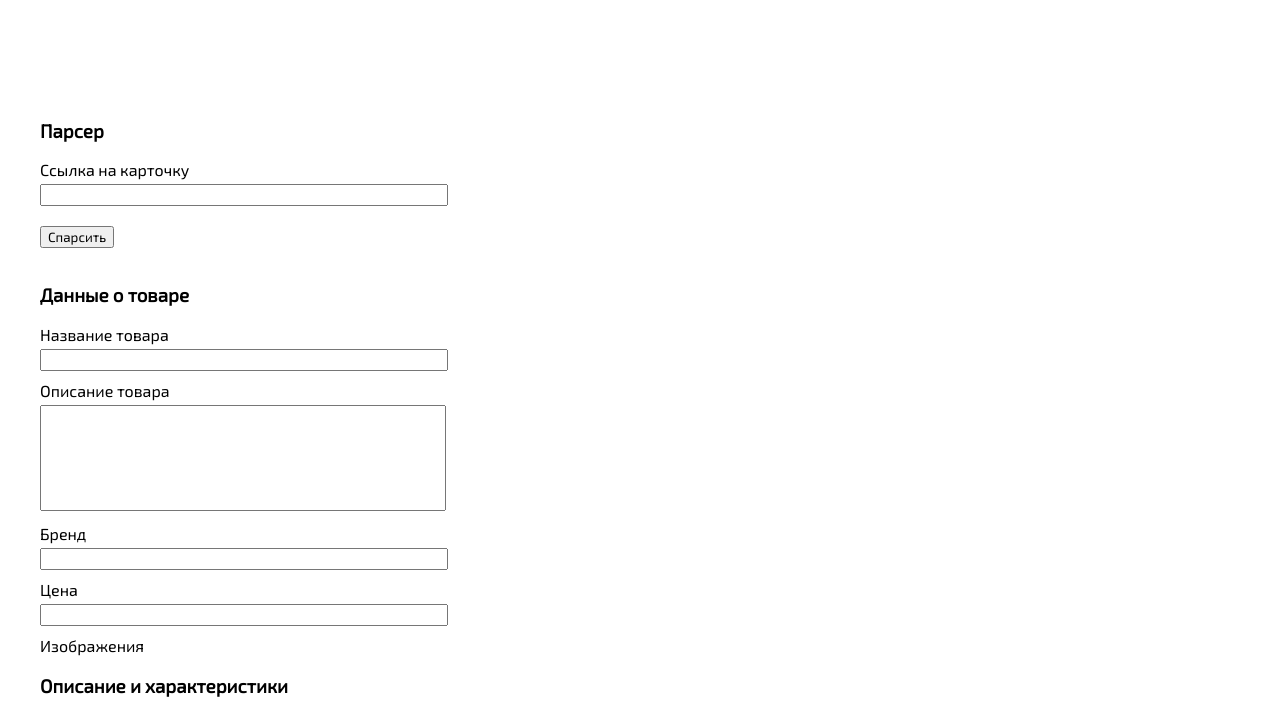
Repository: yozuul/wildberries-product-card-parser-api-exchange
Page: public/index.html
These files come from the project's save history. The page is drawn as it stood at one moment and after the next save; the edit follows.
The browser window is 1280 px wide. The pictures show the whole page.

Above is the page before, as saved 2021-08-18 18:26:06.

### public/index.html
<!DOCTYPE html>
<html lang="en">
<head>
   <meta charset="UTF-8">
   <meta http-equiv="X-UA-Compatible" content="IE=edge">
   <meta name="viewport" content="width=device-width, initial-scale=1.0">
   <title>Document</title>
   <link rel="stylesheet" href="style.css">
</head>
<body>
   <div class="formWrapper">
      <div class="parseForm">
         <h3>Парсер</h3>
         <form name="parseForm">
            <p>Ссылка на карточку</p>
            <input type="text" id="cardURL">
            <button id="parseData">Спарсить</button>
         </form>
      </div>
      <form name="productForm">
      <div class="formWrapper_left">
         <div class="productForm">
         <h3>Данные о товаре</h3>
            <div class="inputWrapper">
               <p>Название товара</p>
               <input type="text" name="productName" id="productName">
            </div>
            <div class="inputWrapper">
               <p>Описание товара</p>
               <textarea name="productDesc" id="productDesc"></textarea>
            </div>
            <div class="inputWrapper">
               <p>Бренд</p>
               <input type="text" name="productBrand" id="productBrand">
            </div>
            <div class="inputWrapper">
               <p>Цена</p>
               <input type="text" name="productPrice" id="productPrice">
            </div>
            <div class="inputWrapper">
               <p>Изображения</p>

            </div>
         </div>
      </div>
      <div class="formWrapper_right">
         <h3>Описание и характеристики</h3>

      </div>
   </form>
   </div>
   <script src="index.js"></script>
</body>
</html>

### public/style.css
@import url('https://fonts.googleapis.com/css2?family=Exo+2&display=swap');

* {
   font-family: 'Exo 2', sans-serif;
}

body {
   padding: 0;
   margin: 0;
}
.formWrapper {
   max-width: 1200px;
   margin: auto;
   margin-top: 100px;
}
.parseForm {
   display: flex;
   flex-wrap: wrap;
   max-width: 400px;
}
.parseForm input {
   width: 400px;
   margin-bottom: 20px;
}
.productForm {
   margin-top: 35px;
}
.productForm input, .productForm textarea {
   width: 400px;
}
.productForm textarea {
   height: 100px;
   resize: none;
}
.formWrapper p {
   margin-bottom: 5px;
   margin-top: 0;
}
.inputWrapper {
   margin-bottom: 10px;
}

Loaded but not shown: index.js (no copy from this time; the picture is the same without it)

After the next save:
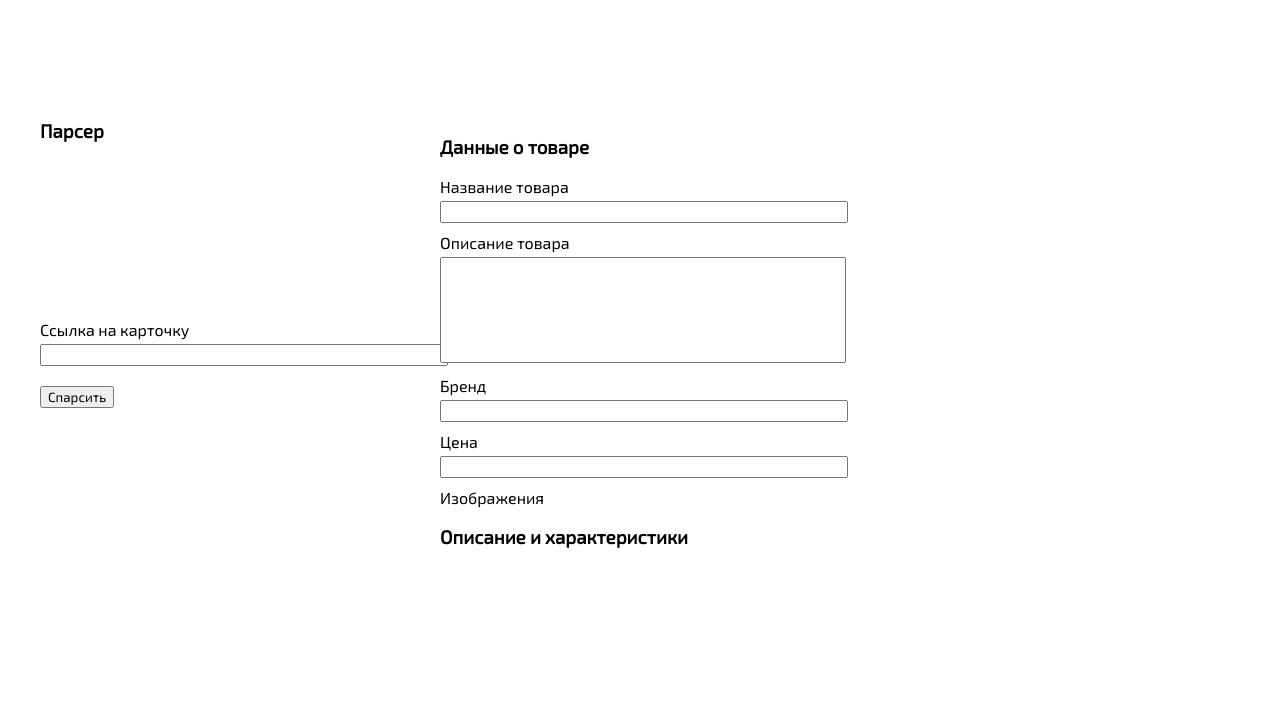
Saved 35 s later.
--- a/public/style.css
+++ b/public/style.css
@@ -12,6 +12,10 @@ body {
    max-width: 1200px;
    margin: auto;
    margin-top: 100px;
+   display: flex;
+}
+.formWrapper_left {
+   margin-right: 20px;
 }
 .parseForm {
    display: flex;
